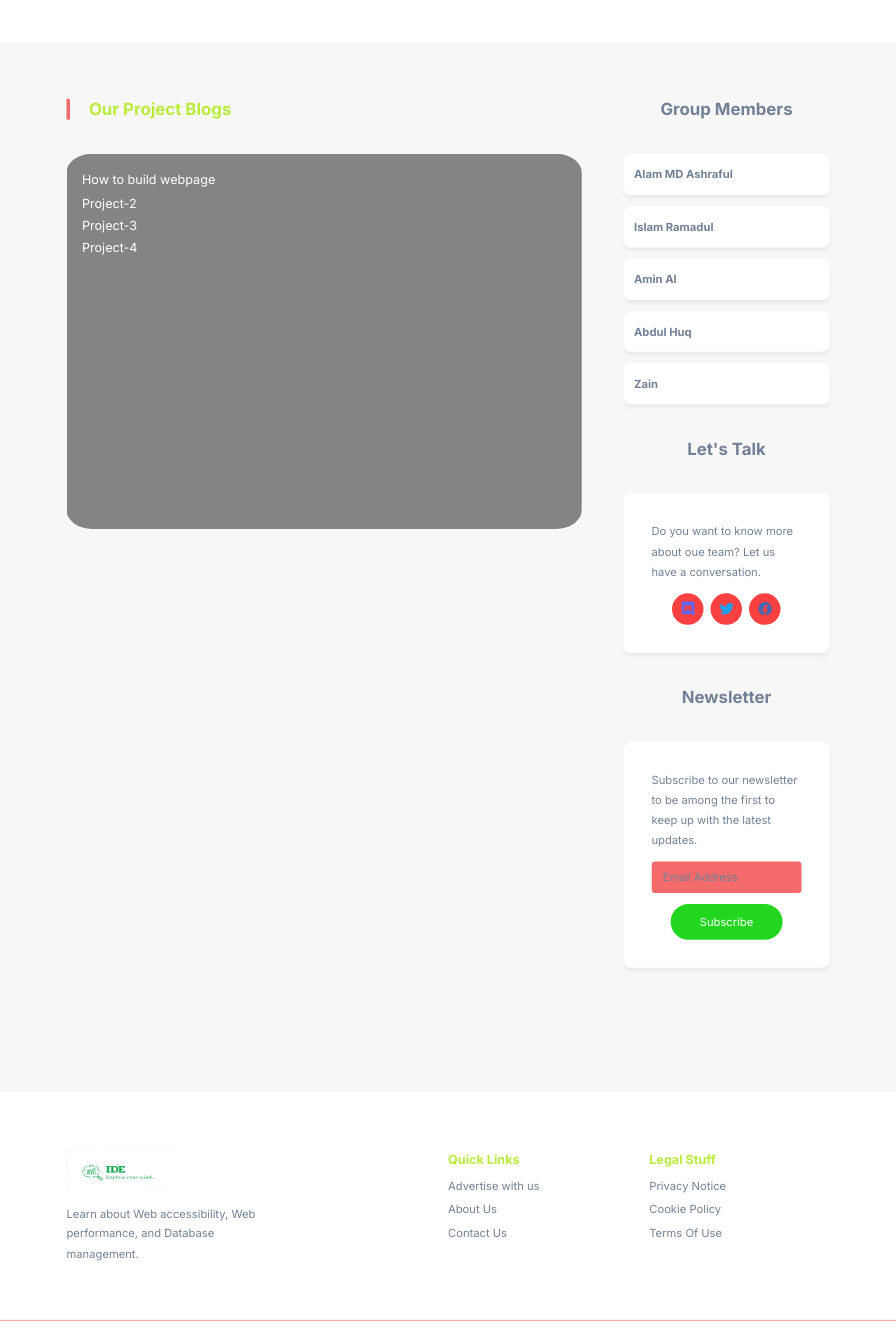
Repository: ramizraaz/zjuTeam
Page: main.html
The author's editor kept a copy of each file at every save. The page is drawn from the files as they stood at one save, then again after the next save.
The browser window is 1280 px wide. The pictures show the part of the page from y = 492 to 2392 px (the page is 2435 px tall before and 2510 px after), at 70% of full size.
A picture or video elsewhere on the page could not be fetched, so the positions and the page height are approximate.

Above is the page before, as saved 2023-10-22 22:26:47.

### main.html
<!DOCTYPE html>
<html lang="en">

<head>
    <meta charset="UTF-8">
    <meta http-equiv="X-UA-Compatible" content="IE=edge">
    <meta name="viewport" content="width=device-width, initial-scale=1.0">
    <title>Team IDE at Zju,NB</title>


    <!--custom css link -->
    <link rel="stylesheet" href="main.css">

    <!-- google font link -->
    <link rel="preconnect" href="https://fonts.googleapis.com">
    <link rel="preconnect" href="https://fonts.gstatic.com" crossorigin>
    <link href="https://fonts.googleapis.com/css2?family=Inter:wght@400;500;600;700;900&display=swap" rel="stylesheet">
</head>

<body class="light-theme">

    <!--#HEADER -->
    <header>

        <div class="container">

            <nav class="navbar">

                <a href="#">
                    <img src="img/teamLogo.png" alt="Team LoGo" width="150" height="80" class="logo-light">
                    <img src="img/teamLogo.png" alt="Team logo" width="150" height="80" class="logo-dark">
                </a>

                <div class="btn-group">

                    <button class="theme-btn theme-btn-mobile light">
                        <ion-icon name="moon" class="moon"></ion-icon>
                        <ion-icon name="sunny" class="sun"></ion-icon>
                    </button>

                    <button class="nav-menu-btn">
                        <ion-icon name="menu-outline"></ion-icon>
                    </button>

                </div>

                <div class="flex-wrapper">

                    <ul class="desktop-nav">

                        <li>
                            <a href="#home" class="nav-link">Home</a>
                        </li>

                        <li>
                            <a href="#project" class="nav-link">Projects</a>
                        </li>

                        <li>
                            <a href="#contact" class="nav-link">Contact US</a>
                        </li>

                    </ul>

                    <button class="theme-btn theme-btn-desktop light">
                        <ion-icon name="moon" class="moon"></ion-icon>
                        <ion-icon name="sunny" class="sun"></ion-icon>
                    </button>

                </div>

                <div class="mobile-nav">

                    <button class="nav-close-btn">
                        <ion-icon name="close-outline"></ion-icon>
                    </button>

                    <div class="wrapper">

                        <p class="h3 nav-title">Main Menu</p>

                        <ul>
                            <li class="nav-item">
                                <a href="#home" class="nav-link">Home</a>
                            </li>

                            <li class="nav-item">
                                <a href="#project" class="nav-link">Projects</a>
                            </li>

                            <li class="nav-item">
                                <a href="#" class="nav-link">Contact Us</a>
                            </li>
                        </ul>
                    </div>
                </div>

            </nav>

        </div>

    </header>


    <main>

        <!--
          - #HERO SECTION
        -->

        <div class="hero" id="home">

            <div class="container">

                <div class="left">

                    <h1 class="h1">
                        Hi, We're <b>IDE&nbsp;Team</b>.
                        <br>at Zju,NB
                    </h1>

                    <p class="h3">
                        Your problems <abbr title="Accessibility">is</abbr> our opportunity
                    </p>

                    <div class="btn-group">
                        <a href="#" class="btn btn-primary">Contact us</a>
                        <a href="#" class="btn btn-secondary">About us</a>
                    </div>

                </div>

                <div class="right">

                    <div class="pattern-bg"></div>
                    <div class="img-box">
                        <img src="img/teamPhoto.jpg" alt="Group Photo" class="hero-img">
                    </div>

                </div>

            </div>

        </div>





        <div class="main" id="project">

            <div class="container">

                <!-- BLOG SECTION -->
                <div class="blog">

                    <h2 class="h2">Our Project Blogs</h2>
                    <div class="sidebar">
                        <ul>
                            <li><a href="#">How to build webpage</a></li>
                            <li><a href="#">Project-2</a></li>
                            <li><a href="#">Project-3</a></li>
                            <li><a href="#">Project-4</a></li>
                        </ul>
                    </div>

                </div>

                <!--- ASIDE -->
                <div class="aside">

                    <div class="topics">

                        <h2 class="h2">Group Members</h2>

                        <a href="https://ashraful756.github.io/Ashraful_Profile/" target="_blank" class="topic-btn">
                            <p>Alam MD Ashraful</p>
                        </a>
                        <a href="https://ramizraaz.github.io/ZjuProtfolio/" target="_blank" class="topic-btn">
                            <p>Islam Ramadul</p>
                        </a>
                        <a href="https://aminal333.github.io/alamin_bio/" target="_blank" class="topic-btn">
                            <p>Amin Al</p>
                        </a>
                        <a href="https://abdulhaq2.github.io/DIGITAL-INDUSTRIAL-DESIGN-REVOLUTION/" target="_blank" class="topic-btn">
                            <p>Abdul Huq</p>
                        </a>
                        <a href="#" class="topic-btn">
                            <p>Zain</p>
                        </a>
                    </div>
                    <div class="contact">

                        <h2 class="h2">Let's Talk</h2>

                        <div class="wrapper">

                            <p>
                                Do you want to know more about oue team? Let us have a conversation.
                            </p>

                            <ul class="social-link">

                                <li>
                                    <a href="#" class="icon-box discord">
                                        <ion-icon name="logo-discord"></ion-icon>
                                    </a>
                                </li>

                                <li>
                                    <a href="#" class="icon-box twitter">
                                        <ion-icon name="logo-twitter"></ion-icon>
                                    </a>
                                </li>

                                <li>
                                    <a href="#" class="icon-box facebook">
                                        <ion-icon name="logo-facebook"></ion-icon>
                                    </a>
                                </li>

                            </ul>

                        </div>

                    </div>

                    <div class="newsletter">

                        <h2 class="h2">Newsletter</h2>

                        <div class="wrapper">

                            <p>
                                Subscribe to our newsletter to be among the first to keep up with the latest updates.
                            </p>

                            <form action="#">
                                <input type="email" name="email" placeholder="Email Address" required>

                                <button type="submit" class="btn btn-primary">Subscribe</button>
                            </form>

                        </div>

                    </div>

                </div>

            </div>

        </div>

    </main>





    <!--
    - #FOOTER
  -->

    <footer>

        <div class="container">

            <div class="wrapper">

                <a href="#" class="footer-logo">
                    <img src="img/teamLogo.png" alt="Team Logo" width="150" height="60" class="logo-light">
                    <img src="img/teamLogo.png" alt="Team Logo" width="150" height="60" class="logo-dark">
                </a>

                <p class="footer-text">
                    Learn about Web accessibility, Web performance, and Database management.
                </p>

            </div>

            <div class="wrapper">

                <p class="footer-title">Quick Links</p>

                <ul>

                    <li>
                        <a href="#" class="footer-link">Advertise with us</a>
                    </li>

                    <li>
                        <a href="#" class="footer-link">About Us</a>
                    </li>

                    <li>
                        <a href="#" class="footer-link">Contact Us</a>
                    </li>

                </ul>

            </div>

            <div class="wrapper">

                <p class="footer-title">Legal Stuff</p>

                <ul>

                    <li>
                        <a href="#" class="footer-link">Privacy Notice</a>
                    </li>

                    <li>
                        <a href="#" class="footer-link">Cookie Policy</a>
                    </li>

                    <li>
                        <a href="#" class="footer-link">Terms Of Use</a>
                    </li>

                </ul>

            </div>

        </div>

        <p class="copyright">
            &copy; Copyright 2023 <a href="https://github.com/NexMaker-Fab/2023zjudem-team2" target="_blank">IDE at Zju,NB</a>
        </p>

    </footer>





    <!--
    - custom js link
  -->
    <script src="js/script.min.js"></script>

    <!--
    - ionicon link
  -->
    <script type="module" src="https://unpkg.com/ionicons@5.5.2/dist/ionicons/ionicons.esm.js"></script>
    <script nomodule src="https://unpkg.com/ionicons@5.5.2/dist/ionicons/ionicons.js"></script>
</body>

</html>

Loaded but not shown: js/script.min.js (common file); main.css (903 lines, source omitted)

After the next save:
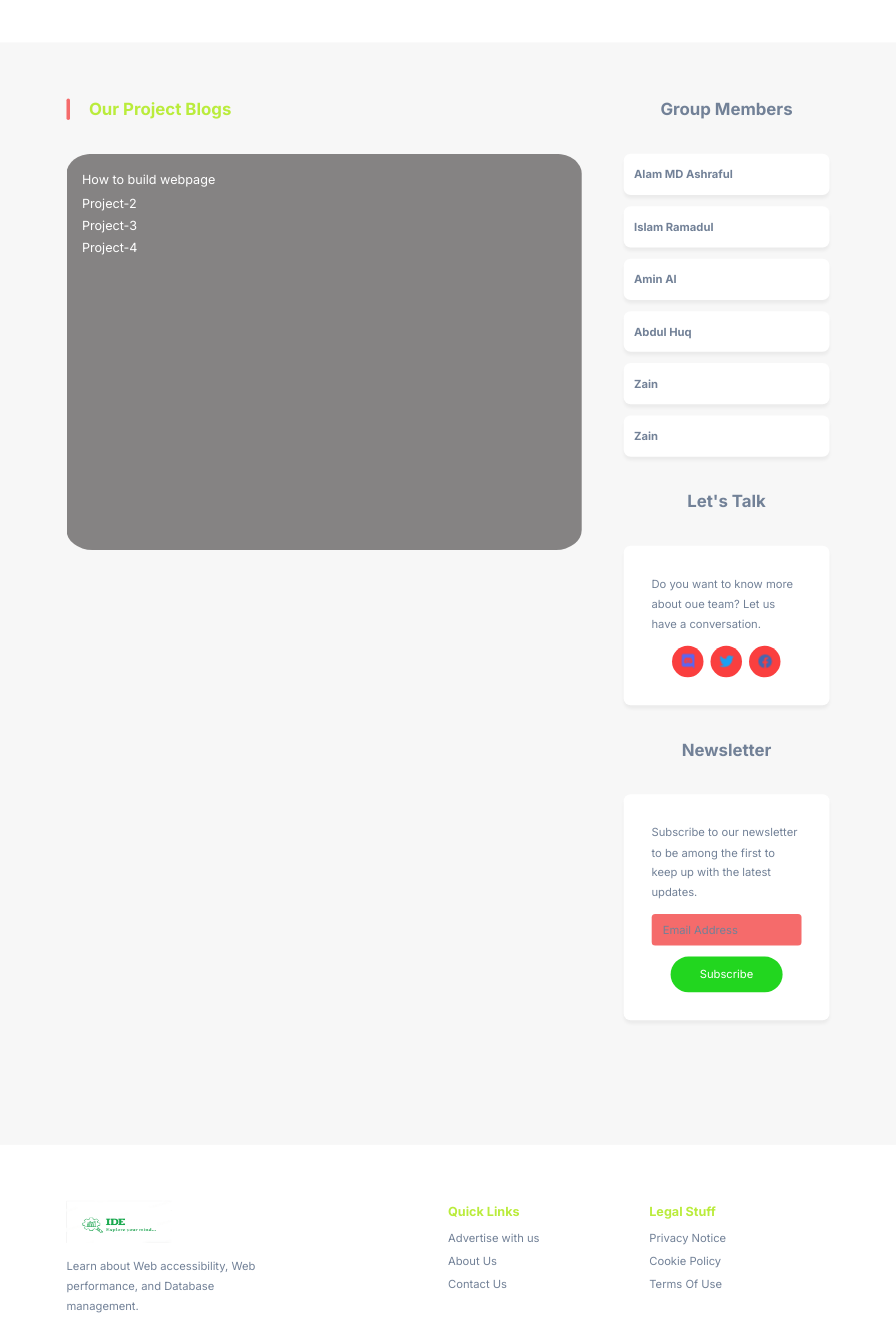
Saved 26 s later.
--- a/main.html
+++ b/main.html
@@ -188,6 +188,9 @@
                         <a href="#" class="topic-btn">
                             <p>Zain</p>
                         </a>
+                        <a href="#" class="topic-btn">
+                            <p>Zain</p>
+                        </a>
                     </div>
                     <div class="contact">
 
